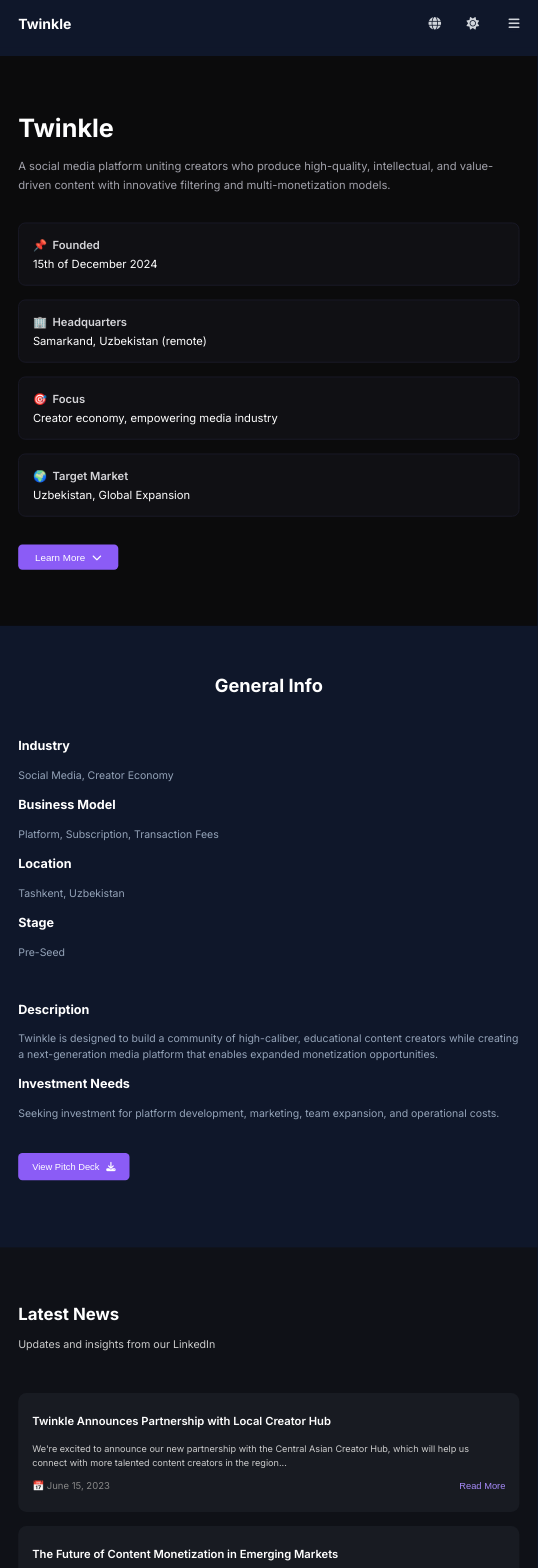
Repository: techboy-33/Twinkle-web
Page: index.html
An editor plug-in stored every save of this project. The page is shown before and after a run of saves, followed by the edit.
The browser window is 768 px wide. The pictures show the part of the page from y = 0 to 2240 px (the page is 7082 px tall), at 70% of full size.
Empty fields were first filled with sample values (such as "Sample", 5 or name@example.com).
After loading, the first visible `#menu-toggle` was clicked once.

Above is the page before, as saved 2025-05-26 14:10:49.

After the next 2 saves:
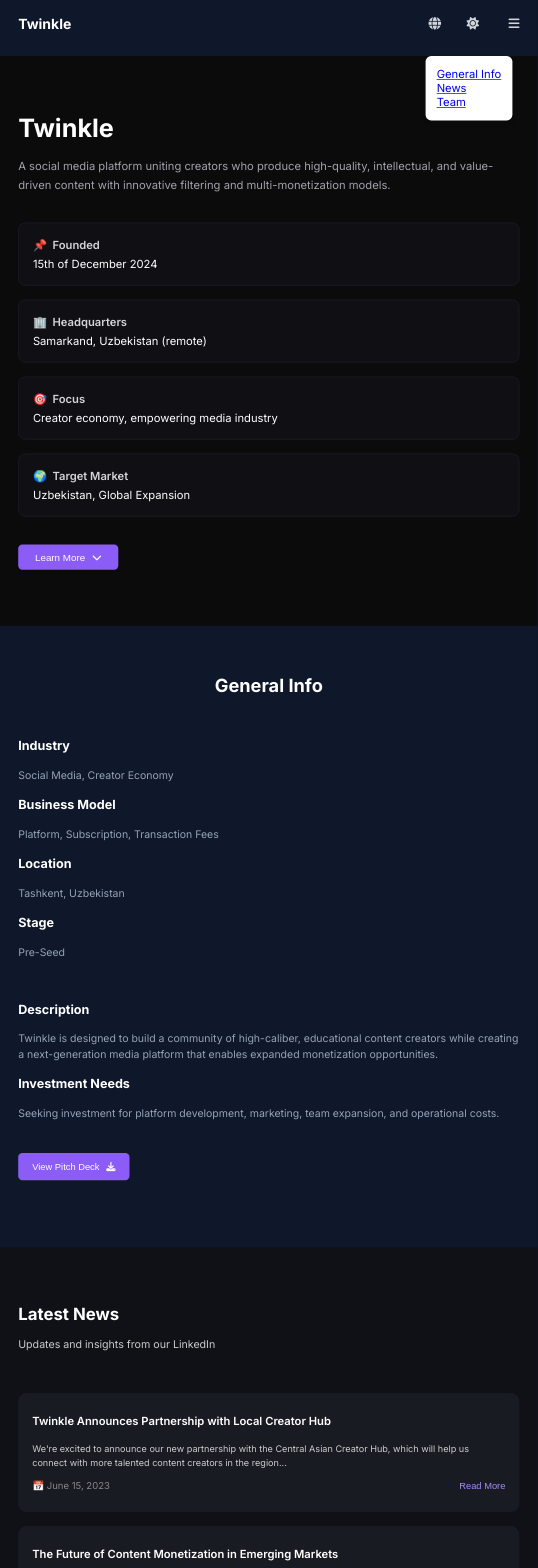
The 2 saves are shown as one change because they came seconds apart.
The last was saved 22 s later.
--- a/responsive.css
+++ b/responsive.css
@@ -61,8 +61,8 @@
         right: 44%;
     }
 
-    .mobile-menu .active{
-        display: none;
+    .mobile-menu.active{
+        display: flex;
     }
     .mobile-menu {
         display: none;
